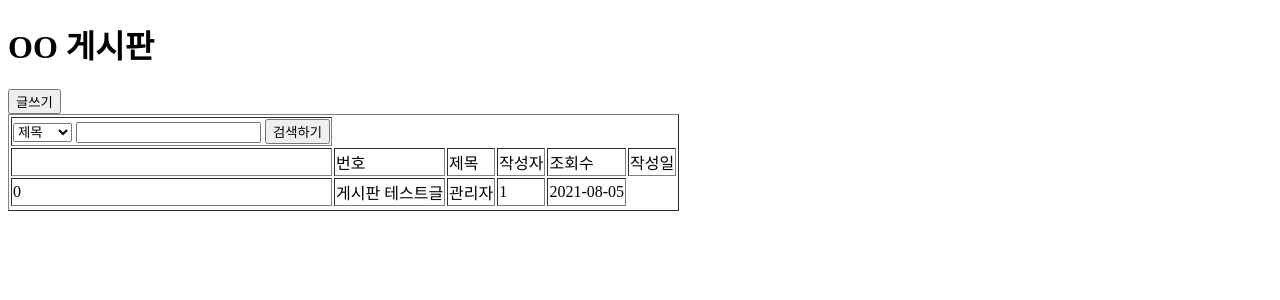
Repository: siucrystal/siuproject
Page: http://localhost/mini_project/board.jsp
An editor plug-in stored every save of this project. The page is shown before and after the next save, followed by the edit.
The browser window is 1280 px wide. The pictures show the whole page.
The page is served by Tomcat 9. Other server files are loaded and not shown.

Above is the page before, as saved 2023-09-21 06:58:05.

### jspws/mini_project/src/main/webapp/board.jsp
<%@ page language="java" contentType="text/html; charset=UTF-8"
    pageEncoding="UTF-8"%>
<!DOCTYPE html>
<html>
<head>
<meta charset="UTF-8">
<title>board</title>
</head>
<body>
	<h1>OO 게시판</h1>
	<table border='1'>
		<tbody>
			<tr>
			<td>
				<select>
					<option>제목</option>
					<option>내용</option>
					<option>작성자</option>
				</select>
				<input type="text" name="b_search" id="b_search">
				<input type="button" value="검색하기" id="b_searchBtn">
			</td>
			</tr>


			<th> <td>번호</td><td>제목</td><td>작성자</td><td>조회수</td><td>작성일</td> </th>
			<tr> <td>0</td> <td>게시판 테스트글</td><td>관리자</td><td>1</td><td>2021-08-05</td> </tr>


			<tr>
				<a href="write.jsp"><input type="button" value="글쓰기" id="b_writeBtn"></a>
			</tr>
		</tbody>
	</table>
</body>
</html>

After the next save:
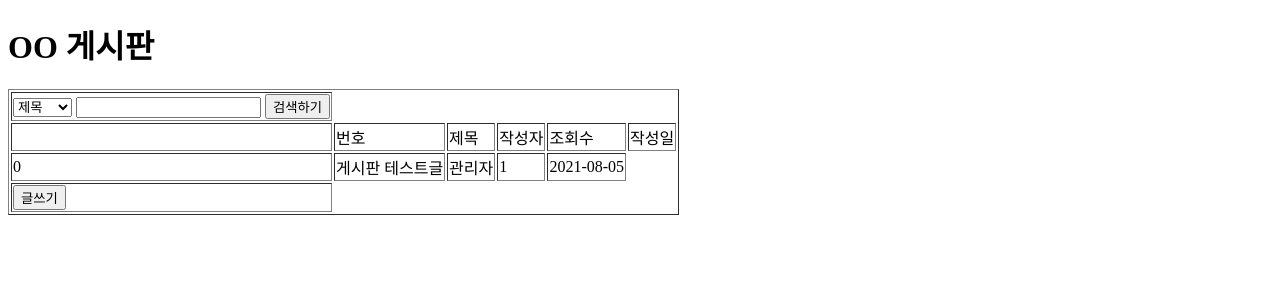
Saved 16 s later.
--- a/jspws/mini_project/src/main/webapp/board.jsp
+++ b/jspws/mini_project/src/main/webapp/board.jsp
@@ -11,15 +11,15 @@
 	<table border='1'>
 		<tbody>
 			<tr>
-			<td>
-				<select>
-					<option>제목</option>
-					<option>내용</option>
-					<option>작성자</option>
-				</select>
-				<input type="text" name="b_search" id="b_search">
-				<input type="button" value="검색하기" id="b_searchBtn">
-			</td>
+				<td>
+					<select>
+						<option>제목</option>
+						<option>내용</option>
+						<option>작성자</option>
+					</select>
+					<input type="text" name="b_search" id="b_search">
+					<input type="button" value="검색하기" id="b_searchBtn">
+				</td>
 			</tr>
 
 
@@ -28,7 +28,7 @@
 
 
 			<tr>
-				<a href="write.jsp"><input type="button" value="글쓰기" id="b_writeBtn"></a>
+				<td><a href="write.jsp"><input type="button" value="글쓰기" id="b_writeBtn"></a></td>
 			</tr>
 		</tbody>
 	</table>
